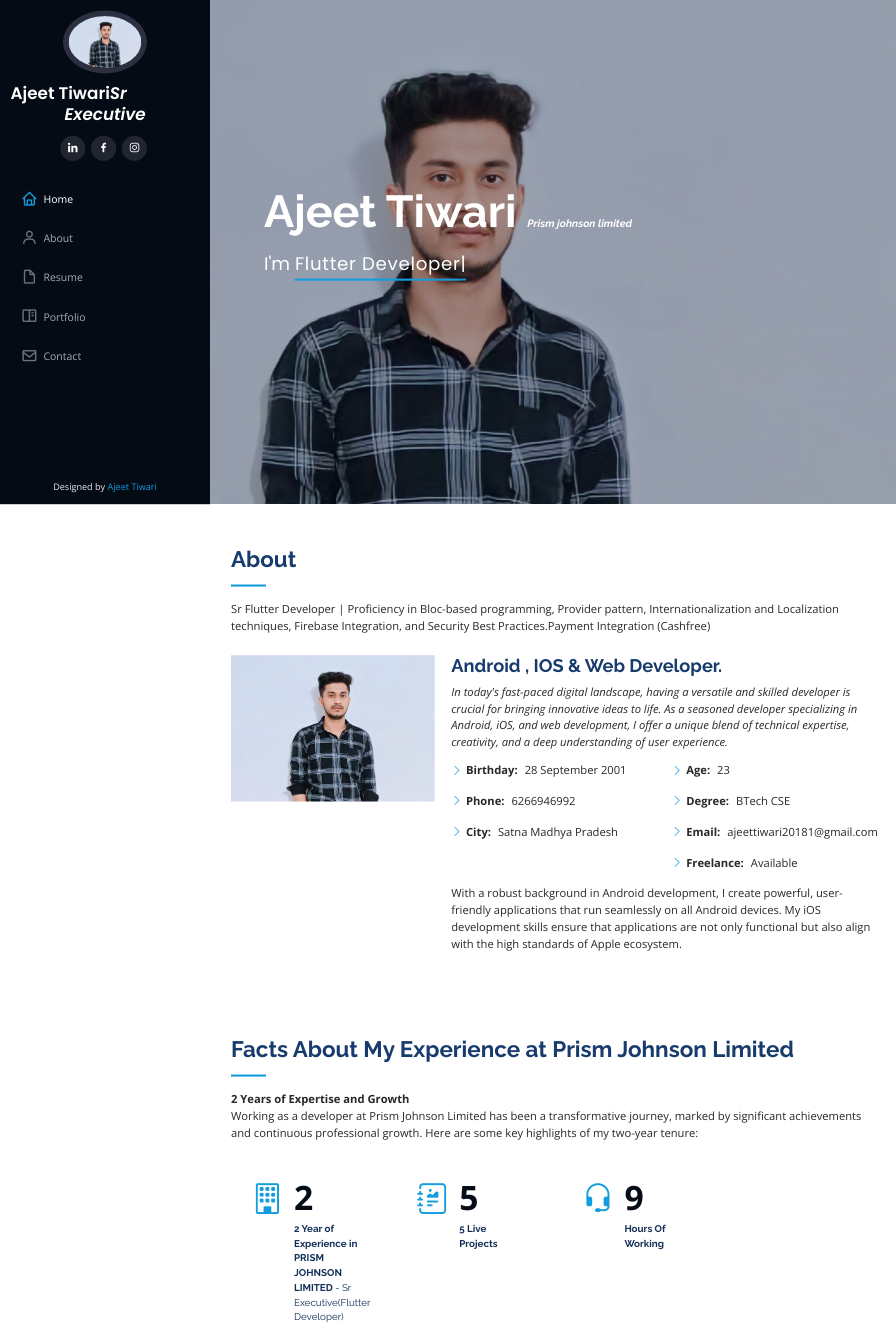
Repository: ajeettiwari-2809/iPortfolio
Page: index.html
An editor plug-in stored every save of this project. The page is shown before and after the next save, followed by the edit.
The browser window is 1280 px wide. The pictures show the part of the page from y = 0 to 1920 px (the page is 5395 px tall), at 70% of full size.
A picture or video elsewhere on the page could not be fetched, so the positions and the page height are approximate. Backgrounds fixed to the window are drawn as part of the page.

Above is the page before, as saved 2024-06-05 15:27:47.

### index.html
<!DOCTYPE html>
<html lang="en">

<head>
  <meta charset="utf-8">
  <meta content="width=device-width, initial-scale=1.0" name="viewport">

  <title>myportfolio</title>
  <meta content="" name="description">
  <meta content="" name="keywords">

  <!-- Favicons -->


  <!-- Google Fonts -->
  <link href="https://fonts.googleapis.com/css?family=Open+Sans:300,300i,400,400i,600,600i,700,700i|Raleway:300,300i,400,400i,500,500i,600,600i,700,700i|Poppins:300,300i,400,400i,500,500i,600,600i,700,700i" rel="stylesheet">

  <!-- Vendor CSS Files -->
  <link href="assets/vendor/aos/aos.css" rel="stylesheet">
  <link href="assets/vendor/bootstrap/css/bootstrap.min.css" rel="stylesheet">
  <link href="assets/vendor/bootstrap-icons/bootstrap-icons.css" rel="stylesheet">
  <link href="assets/vendor/boxicons/css/boxicons.min.css" rel="stylesheet">
  <link href="assets/vendor/glightbox/css/glightbox.min.css" rel="stylesheet">
  <link href="assets/vendor/swiper/swiper-bundle.min.css" rel="stylesheet">

  <!-- Template Main CSS File -->
  <link href="assets/css/style.css" rel="stylesheet">

  <!-- =======================================================
  * Template Name: iPortfolio
  * Template URL: https://bootstrapmade.com/iportfolio-bootstrap-portfolio-websites-template/
  * Updated: Mar 17 2024 with Bootstrap v5.3.3
  * Author: BootstrapMade.com
  * License: https://bootstrapmade.com/license/
  ======================================================== -->
</head>

<body>

  <!-- ======= Mobile nav toggle button ======= -->
  <i class="bi bi-list mobile-nav-toggle d-xl-none"></i>

  <!-- ======= Header ======= -->
  <header id="header">
    <div class="d-flex flex-column">

      <div class="profile">
        <img src="assets/img/ajeetimage.png" alt="" class="img-fluid rounded-circle">
        <h1 class="text-light"><a href="index.html">Ajeet Tiwari<i>Sr Executive</i></a></h1>
        <div class="social-links mt-3 text-center">
          <a href="https://www.linkedin.com/in/ajeet-tiwari-01905920b?utm_source=share&utm_campaign=share_via&utm_content=profile&utm_medium=ios_app" class="linkedin"><i class="bx bxl-linkedin"></i></a>
          <a href="https://www.facebook.com/share/cY1Q29HqS226Du95/?mibextid=LQQJ4d" class="facebook"><i class="bx bxl-facebook"></i></a>
          <a href="https://www.instagram.com/ajeettiwari____?igsh=a3J4eXc4cG4yYWhu&utm_source=qr" class="instagram"><i class="bx bxl-instagram"></i></a>




        </div>
      </div>

      <nav id="navbar" class="nav-menu navbar">
        <ul>
          <li><a href="#hero" class="nav-link scrollto active"><i class="bx bx-home"></i> <span>Home</span></a></li>
          <li><a href="#about" class="nav-link scrollto"><i class="bx bx-user"></i> <span>About</span></a></li>
          <li><a href="#resume" class="nav-link scrollto"><i class="bx bx-file-blank"></i> <span>Resume</span></a></li>
          <li><a href="#portfolio" class="nav-link scrollto"><i class="bx bx-book-content"></i> <span>Portfolio</span></a></li>
          <!-- <li><a href="#services" class="nav-link scrollto"><i class="bx bx-server"></i> <span>Services</span></a></li> -->
          <li><a href="#contact" class="nav-link scrollto"><i class="bx bx-envelope"></i> <span>Contact</span></a></li>
        </ul>
      </nav><!-- .nav-menu -->
    </div>
  </header><!-- End Header -->

  <!-- ======= Hero Section ======= -->
  <section id="hero" class="d-flex flex-column justify-content-center align-items-center" style="background-image: url(assets/img/ajeetimage.png);">
    <div class="hero-container" data-aos="fade-in">
      <h1>Ajeet Tiwari <i style="font-size: 15px;">Prism johnson limited</i></h1>
      <p>I'm <span class="typed" data-typed-items="Sr. Executive, Flutter Developer, Freelancer, Web Developer"></span></p>
    </div>


  </section><!-- End Hero -->

  <main id="main">

    <!-- ======= About Section ======= -->
    <section id="about" class="about">
      <div class="container">

        <div class="section-title">
          <h2>About</h2>
          <p>Sr Flutter Developer | Proficiency in Bloc-based programming, Provider pattern, Internationalization and Localization techniques, Firebase Integration, and Security Best Practices.Payment Integration (Cashfree)</p>
        </div>

        <div class="row">
          <div class="col-lg-4" data-aos="fade-right">
            <img src="assets/img/ajeetimage.png" class="img-fluid" alt="">
          </div>
          <div class="col-lg-8 pt-4 pt-lg-0 content" data-aos="fade-left">
            <h3>Android , IOS &amp; Web Developer.</h3>
            <p class="fst-italic">
              In today's fast-paced digital landscape, having a versatile and skilled developer is crucial for bringing innovative ideas to life. As a seasoned developer specializing in Android, iOS, and web development, I offer a unique blend of technical expertise, creativity, and a deep understanding of user experience.
            </p>
            <div class="row">
              <div class="col-lg-6">
                <ul>
                  <li><i class="bi bi-chevron-right"></i> <strong>Birthday:</strong> <span>28 September 2001</span></li>

                  <li><i class="bi bi-chevron-right"></i> <strong>Phone:</strong> <span>6266946992</span></li>
                  <li><i class="bi bi-chevron-right"></i> <strong>City:</strong> <span>Satna Madhya Pradesh</span></li>
                </ul>
              </div>
              <div class="col-lg-6">
                <ul>
                  <li><i class="bi bi-chevron-right"></i> <strong>Age:</strong> <span>23</span></li>
                  <li><i class="bi bi-chevron-right"></i> <strong>Degree:</strong> <span>BTech CSE</span></li>
                  <li><i class="bi bi-chevron-right"></i> <strong>Email:</strong> <span>ajeettiwari20181@gmail.com</span></li>
                  <li><i class="bi bi-chevron-right"></i> <strong>Freelance:</strong> <span>Available</span></li>
                </ul>
              </div>
            </div>
            <p>
              With a robust background in Android development, I create powerful, user-friendly applications that run seamlessly on all Android devices.

            My iOS development skills ensure that applications are not only functional but also align with the high standards of Apple ecosystem.
            </p>
          </div>
        </div>

      </div>
    </section><!-- End About Section -->

    <!-- ======= Facts Section ======= -->
    <section id="facts" class="facts">
      <div class="container">

        <div class="section-title">
          <h2>Facts About My Experience at Prism Johnson Limited
          </h2>
          <b>2 Years of Expertise and Growth</b>
          <p>Working as a developer at Prism Johnson Limited has been a transformative journey, marked by significant achievements and continuous professional growth. Here are some key highlights of my two-year tenure:</p>
        </div>

        <div class="row no-gutters">

          <div class="col-lg-3 col-md-6 d-md-flex align-items-md-stretch" data-aos="fade-up">
            <div class="count-box">
              <i class="bi bi-building"></i>
 <span data-purecounter-start="0" data-purecounter-end="2 " data-purecounter-duration="1" class="purecounter"></span>
              <p><strong>2 Year of Experience in PRISM JOHNSON LIMITED</strong>  - Sr Executive(Flutter Developer)</p>
            </div>
          </div>

          <div class="col-lg-3 col-md-6 d-md-flex align-items-md-stretch" data-aos="fade-up" data-aos-delay="100">
            <div class="count-box">
              <i class="bi bi-journal-richtext"></i>
              <span data-purecounter-start="0" data-purecounter-end="5" data-purecounter-duration="1" class="purecounter"></span>
              <p><strong>5 Live  Projects</strong></p>
            </div>
          </div>

          <div class="col-lg-3 col-md-6 d-md-flex align-items-md-stretch" data-aos="fade-up" data-aos-delay="200">
            <div class="count-box">
              <i class="bi bi-headset"></i>
              <span data-purecounter-start="0" data-purecounter-end="9" data-purecounter-duration="1" class="purecounter"></span>
              <p><strong>Hours Of Working</strong> </p>
            </div>
          </div>



        </div>

      </div>
    </section><!-- End Facts Section -->

    <!-- ======= Skills Section ======= -->
    <section id="skills" class="skills section-bg">
      <div class="container">

        <div class="section-title">
          <h2>Comprehensive Skill Set: Your Go-To Developer for Android, iOS, and Web Solutions</h2>
          <b>Mastering the Art of Development</b>
          <p>In the dynamic field of technology, having a diverse and robust skill set is essential to stay ahead of the curve. With a solid foundation and continuous learning, I have developed a comprehensive range of skills across Android, iOS, and web development. Here’s a detailed look at my key competencies:</p>
        </div>

        <div class="row skills-content">

          <div class="col-lg-6" data-aos="fade-up">

            <div class="progress">
              <span class="skill">FLUTTER & DART   <i class="val">100%</i></span>
              <div class="progress-bar-wrap">
                <div class="progress-bar" role="progressbar" aria-valuenow="100" aria-valuemin="0" aria-valuemax="100"></div>
              </div>
            </div>

            <div class="progress">
              <span class="skill">HTML & CSS <i class="val">95%</i></span>
              <div class="progress-bar-wrap">
                <div class="progress-bar" role="progressbar" aria-valuenow="90" aria-valuemin="0" aria-valuemax="100"></div>
              </div>
            </div>

            <div class="progress">
              <span class="skill">Java<i class="val">70%</i></span>
              <div class="progress-bar-wrap">
                <div class="progress-bar" role="progressbar" aria-valuenow="75" aria-valuemin="0" aria-valuemax="100"></div>
              </div>
            </div>

          </div>

          <div class="col-lg-6" data-aos="fade-up" data-aos-delay="100">

            <div class="progress">
              <span class="skill">ANGULAR <i class="val">90%</i></span>
              <div class="progress-bar-wrap">
                <div class="progress-bar" role="progressbar" aria-valuenow="80" aria-valuemin="0" aria-valuemax="100"></div>
              </div>
            </div>

            <div class="progress">
              <span class="skill">DATA STRUCTURE & ALGORITHAM<i class="val">50%</i></span>
              <div class="progress-bar-wrap">
                <div class="progress-bar" role="progressbar" aria-valuenow="90" aria-valuemin="0" aria-valuemax="100"></div>
              </div>
            </div>



          </div>

        </div>

      </div>
    </section><!-- End Skills Section -->

   <!-- REsume section -->

    <section id="resume" class="resume">
      <div class="container">

        <div class="section-title">
          <h2>Resume</h2>
          <p>Versatile Android, iOS, and Web Developer with Proven Track Record in Delivering High-Quality Projects On Time.</p>
        </div>

        <div class="row">
          <div class="col-lg-12" data-aos="fade-up">
            <iframe src="assets/resume.pdf" width="100%" height="600px" style="border: none;"></iframe>
          </div>
        </div>

      </div>
    </section>


    <!-- ======= Portfolio Section ======= -->
    <section id="portfolio" class="portfolio section-bg">
      <div class="container">

        <div class="section-title">
          <h2>My Portfolio: Showcasing Innovation and Excellence in Android, iOS, and Web Development</h2>
          <p>As a dedicated developer with a passion for creating seamless and impactful digital experiences, my portfolio is a testament to my skills, creativity, and commitment to excellence. Here, you'll find a selection of my most significant projects, each highlighting my expertise in Android, iOS, and web development.</p>
        </div>

        <div class="row" data-aos="fade-up">
          <div class="col-lg-12 d-flex justify-content-center">
            <ul id="portfolio-flters">
              <li data-filter="*" class="filter-active">All</li>
              <li data-filter=".filter-app">App</li>

              <li data-filter=".filter-web">Web</li>
            </ul>
          </div>
        </div>

        <div class="row portfolio-container" data-aos="fade-up" data-aos-delay="100">

          <div class="col-lg-4 col-md-6 portfolio-item filter-app">
            <div class="portfolio-wrap"  style="height: 300px;">
              <img src="https://encrypted-tbn0.gstatic.com/images?q=tbn:ANd9GcQEhpZyL2tw1JmrYVNpmJJKZMkWOTEFITJp1g&s" class="img-fluid" alt="">
              <div class="portfolio-links">
                <a href="https://play.google.com/store/search?q=prism%20aspire&c=apps&hl=en-IN"  title="Prism Aspire"><i class="bx bxl-android"></i>
                </a>
                <a href="aspire.html" title="More Details"><i class="bx bx-link"></i></a>
              </div>
            </div>
          </div>

          <div class="col-lg-4 col-md-6 portfolio-item filter-app">
            <div class="portfolio-wrap"  style="height: 300px;">
              <img src="assets/img/insapp.png" class="img-fluid" alt="">
              <div class="portfolio-links">
                <a href="https://play.google.com/store/apps/details?id=com.seva.indica&hl=en-IN"  title="Indica Labs"><i class="bx bxl-android"></i>
                </a>
                <a href="" title="More Details"><i class="bx bx-link"></i></a>
              </div>
            </div>
          </div>

          <div class="col-lg-4 col-md-6 portfolio-item filter-web">
            <div class="portfolio-wrap">
              <img src="assets/img/aspireweb.png" class="img-fluid" alt="">
              <div class="portfolio-links">
                <a href="https://aspire.prismcement.com/" title="Web 3"><i class="bx bx-plus"></i></a>
                <a href="aspireweb.html" title="More Details"><i class="bx bx-link"></i></a>
              </div>
            </div>
          </div>





          <div class="col-lg-4 col-md-6 portfolio-item filter-web">
            <div class="portfolio-wrap">
              <img src="assets/img/aspireweb1.png"class="img-fluid" alt="">
              <div class="portfolio-links">
                <a href="https://asms.prismcement.com/" title="Web 2"><i class="bx bx-plus"></i></a>
                <a href="asms.html" title="More Details"><i class="bx bx-link"></i></a>
              </div>
            </div>
          </div>







          <div class="col-lg-4 col-md-6 portfolio-item filter-web">
            <div class="portfolio-wrap">
              <img src="assets/img/indweb.png" class="img-fluid" alt="">
              <div class="portfolio-links">
                <a href="https://www.indicalabs.in/"  title="Web 3"><i class="bx bx-plus"></i></a>
                <a href="" title="More Details"><i class="bx bx-link"></i></a>
              </div>
            </div>
          </div>

        </div>

      </div>
    </section><!-- End Portfolio Section -->

    <!-- ======= Services Section ======= -->

    <!-- ======= Testimonials Section ======= -->


    <!-- ======= Contact Section ======= -->
    <section id="contact" class="contact">
      <div class="container">

        <div class="section-title">
          <h2>Contact Details</h2>
          <p>Having clear and accessible contact details is essential for any business or organization. It facilitates communication between the business and its customers, partners, or any interested parties.</p>
        </div>

        <div class="row" data-aos="fade-in">

          <div class="col-lg-5 d-flex align-items-stretch">
            <div class="info">
              <div class="address">
                <i class="bi bi-geo-alt"></i>
                <h4>Location:</h4>
                <p>SATNA MADHYA PRADESH , north pateri (near VITS Collage)</p>
              </div>

              <div class="email">
                <i class="bi bi-envelope"></i>
                <h4>Email:</h4>
                <p>ajeettiwari20181@gmail.com</p>
              </div>

              <div class="phone">
                <i class="bi bi-phone"></i>
                <h4>Call:</h4>
                <p>6266946992</p>
              </div>

              <iframe
              src="https://www.google.com/maps/embed?pb=!1m18!1m12!1m3!1d3650.9641726063856!2d80.8057675!3d24.580446!2m3!1f0!2f0!3f0!3m2!1i1024!2i768!4f13.1!3m3!1m2!1s0x3983807ecde0a2d7%3A0x99a9d33eb61fc70d!2sNorth+Pateri%2C+Satna%2C+Madhya+Pradesh+485001!5e0!3m2!1sen!2sin!4v1624269371519!5m2!1sen!2sin"
              width="600"
              height="450"
              style="border:0;"
              allowfullscreen=""
              loading="lazy"
            ></iframe>
            </div>

          </div>



        </div>

      </div>
    </section><!-- End Contact Section -->

  </main><!-- End #main -->

  <!-- ======= Footer ======= -->
  <footer id="footer">
    <div class="container">

      <div class="credits">
        <!-- All the links in the footer should remain intact. -->
        <!-- You can delete the links only if you purchased the pro version. -->
        <!-- Licensing information: https://bootstrapmade.com/license/ -->
        <!-- Purchase the pro version with working PHP/AJAX contact form: https://bootstrapmade.com/iportfolio-bootstrap-portfolio-websites-template/ -->
        Designed by <a href="">Ajeet Tiwari</a>
      </div>
    </div>
  </footer><!-- End  Footer -->

  <a href="#" class="back-to-top d-flex align-items-center justify-content-center"><i class="bi bi-arrow-up-short"></i></a>

  <!-- Vendor JS Files -->
  <script src="assets/vendor/purecounter/purecounter_vanilla.js"></script>
  <script src="assets/vendor/aos/aos.js"></script>
  <script src="assets/vendor/bootstrap/js/bootstrap.bundle.min.js"></script>
  <script src="assets/vendor/glightbox/js/glightbox.min.js"></script>
  <script src="assets/vendor/isotope-layout/isotope.pkgd.min.js"></script>
  <script src="assets/vendor/swiper/swiper-bundle.min.js"></script>
  <script src="assets/vendor/typed.js/typed.umd.js"></script>
  <script src="assets/vendor/waypoints/noframework.waypoints.js"></script>
  <script src="assets/vendor/php-email-form/validate.js"></script>

  <!-- Template Main JS File -->
  <script src="assets/js/main.js"></script>

</body>

</html>

Loaded but not shown: assets/vendor/aos/aos.css (library); assets/vendor/bootstrap/css/bootstrap.min.css (library); assets/vendor/bootstrap-icons/bootstrap-icons.css (library); assets/vendor/boxicons/css/boxicons.min.css (library); assets/vendor/glightbox/css/glightbox.min.css (library); assets/vendor/swiper/swiper-bundle.min.css (library); assets/vendor/purecounter/purecounter_vanilla.js (library); assets/vendor/aos/aos.js (library); assets/vendor/bootstrap/js/bootstrap.bundle.min.js (library); assets/vendor/glightbox/js/glightbox.min.js (library); assets/vendor/isotope-layout/isotope.pkgd.min.js (library); assets/vendor/swiper/swiper-bundle.min.js (library); assets/vendor/typed.js/typed.umd.js (library); assets/vendor/waypoints/noframework.waypoints.js (library); assets/vendor/php-email-form/validate.js (common file); assets/js/main.js (263 lines, source omitted); assets/css/style.css (1106 lines, source omitted)

After the next save:
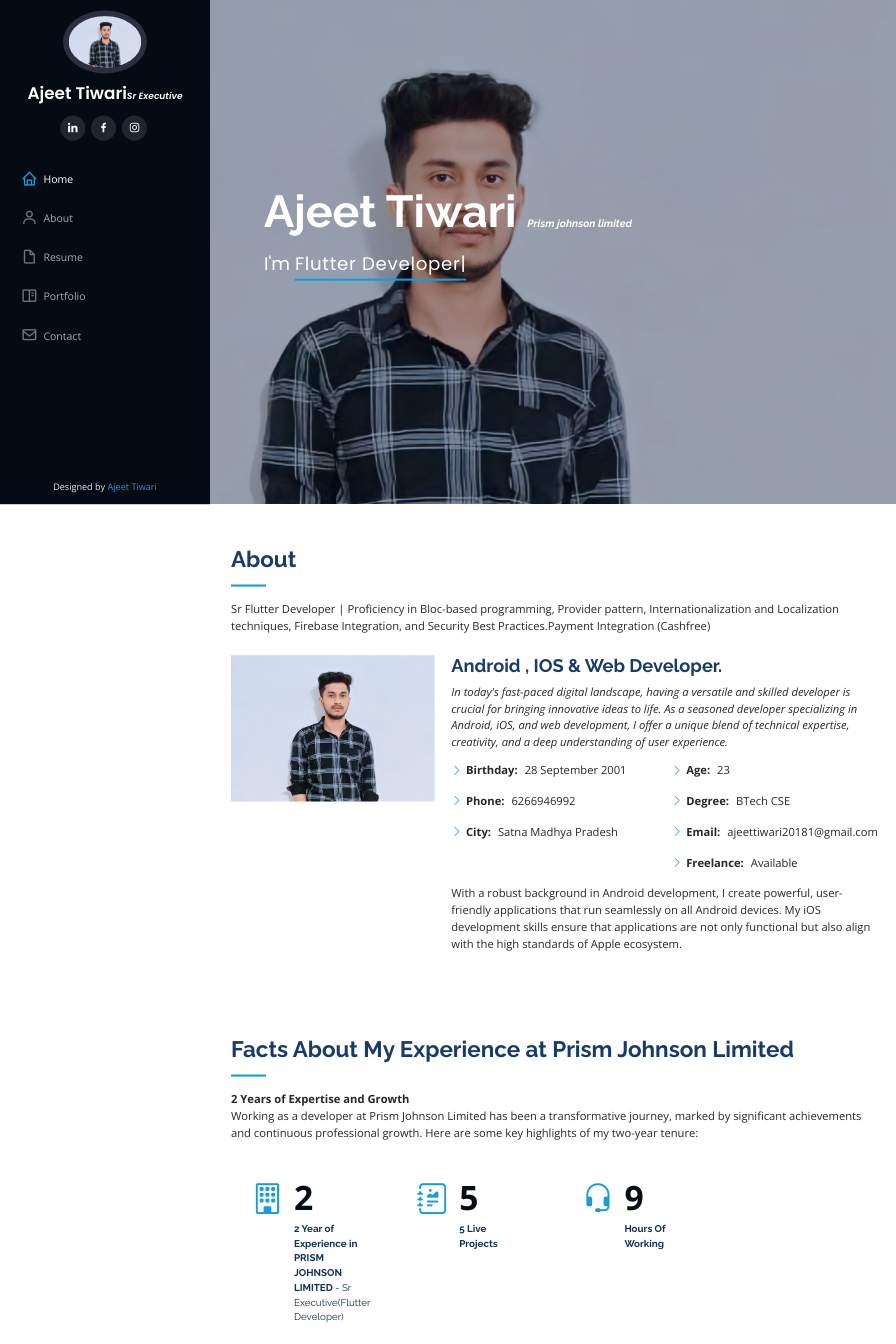
Saved 10 s later.
--- a/index.html
+++ b/index.html
@@ -46,7 +46,7 @@
 
       <div class="profile">
         <img src="assets/img/ajeetimage.png" alt="" class="img-fluid rounded-circle">
-        <h1 class="text-light"><a href="index.html">Ajeet Tiwari<i>Sr Executive</i></a></h1>
+        <h1 class="text-light"><a href="index.html">Ajeet Tiwari<i style="font-size: 13px;">Sr Executive</i></a></h1>
         <div class="social-links mt-3 text-center">
           <a href="https://www.linkedin.com/in/ajeet-tiwari-01905920b?utm_source=share&utm_campaign=share_via&utm_content=profile&utm_medium=ios_app" class="linkedin"><i class="bx bxl-linkedin"></i></a>
           <a href="https://www.facebook.com/share/cY1Q29HqS226Du95/?mibextid=LQQJ4d" class="facebook"><i class="bx bxl-facebook"></i></a>
